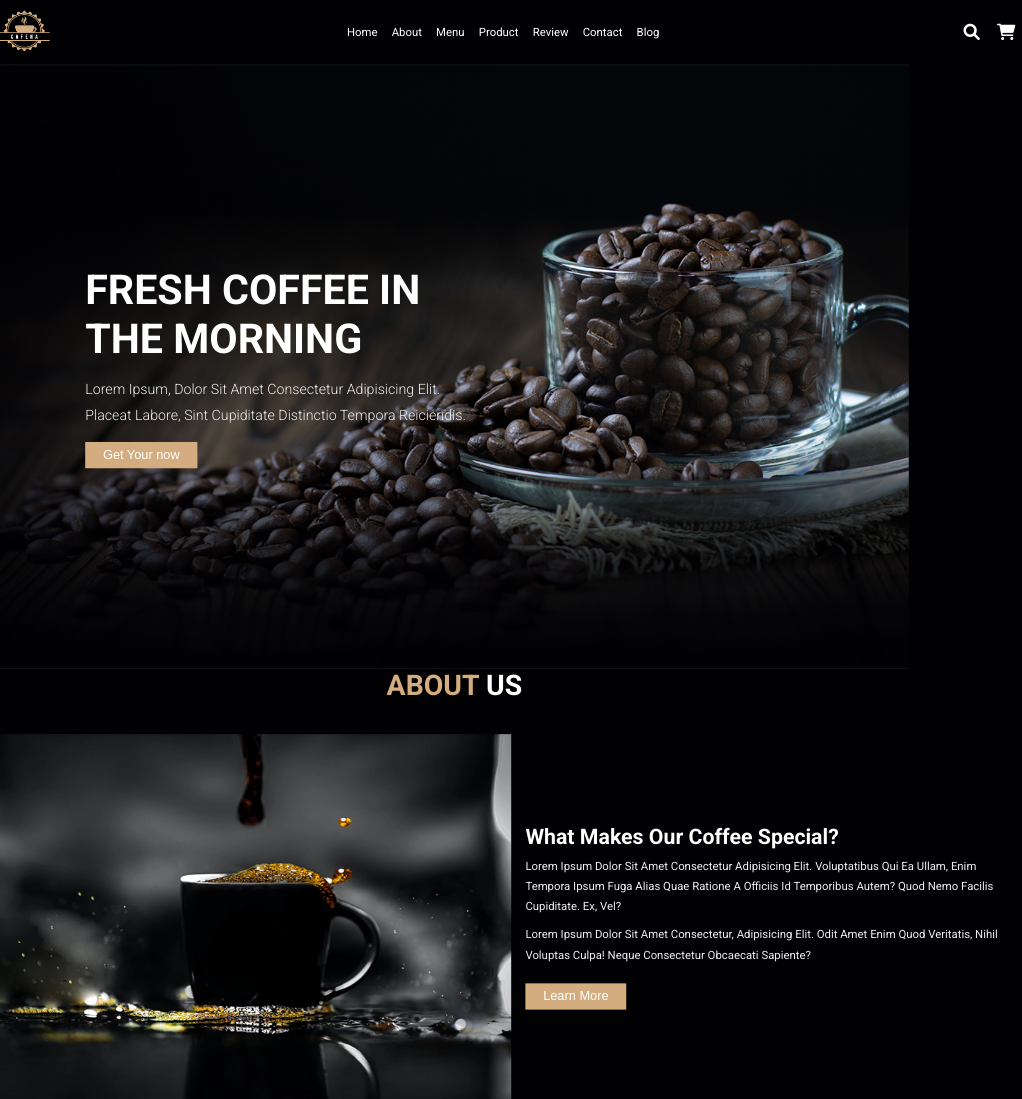
Repository: Dinhthai303/DinhThai
Page: index.html
An editor plug-in stored every save of this project. The page is shown before and after a run of saves, followed by the edit.
The browser window is 1280 px wide. The page is 1440 px wide, so the pictures cover 1440 px, including what lies to the right of the window. The pictures show the whole page, at 71% of full size.

Above is the page before, as saved 2021-11-28 00:27:22.

### index.html
<!DOCTYPE html>
<html lang="en">

<head>
    <meta charset="UTF-8">
    <meta http-equiv="X-UA-Compatible" content="IE=edge">
    <meta name="viewport" content="width=device-width, initial-scale=1.0">
    <title>Document</title>
    <!-- FONT AWESOME -->
    <link rel="stylesheet" href="https://cdnjs.cloudflare.com/ajax/libs/font-awesome/6.0.0-beta3/css/all.min.css"
        integrity="sha512-Fo3rlrZj/k7ujTnHg4CGR2D7kSs0v4LLanw2qksYuRlEzO+tcaEPQogQ0KaoGN26/zrn20ImR1DfuLWnOo7aBA=="
        crossorigin="anonymous" referrerpolicy="no-referrer" />
    <!-- GOOLE FONT -->
    <link rel="preconnect" href="https://fonts.googleapis.com">
    <link rel="preconnect" href="https://fonts.gstatic.com" crossorigin>
    <link href="https://fonts.googleapis.com/css2?family=Roboto:wght@300;400;500;700&display=swap" rel="stylesheet">
    <!-- MAIN CSS -->
    <link rel="stylesheet" href="./css/style.css">
</head>

<body>
    <header class="header">
        <div class="container">
            <div class="header__content">
                <div class="header__logo">
                    <img src="./images/logo.png" alt="">
                </div>
                <ul class="header__menu">
                    <li class="header__item"><a class="header__link" href="#">Home</a></li>
                    <li class="header__item"><a class="header__link" href="#">About</a></li>
                    <li class="header__item"><a class="header__link" href="#">Menu</a></li>
                    <li class="header__item"><a class="header__link" href="#">Product</a></li>
                    <li class="header__item"><a class="header__link" href="#">Review</a></li>
                    <li class="header__item"><a class="header__link" href="#">Contact</a></li>
                    <li class="header__item"><a class="header__link" href="#">Blog</a></li>
                </ul>
                <div class="header__icon">
                    <i class="fa fa-search"></i>
                    <i class="fa fa-shopping-cart"></i>
                </div>
            </div>
        </div>
    </header>
    <section class="banner">
        <div class="banner__content">
            <img class="banner__image" src="./images/home-img.jpeg" alt="">
            <div class="banner__text">
                <h3 class="banner__title">FRESH COFFEE IN THE MORNING</h3>
                <p class="banner__desc">Lorem Ipsum, Dolor Sit Amet Consectetur Adipisicing Elit. Placeat Labore, Sint
                    Cupiditate Distinctio Tempora Reiciendis.</p>
                <button class="btn">Get Your now</button>
            </div>
        </div>
    </section>
    <section class="about">
        <h2 class="heading">About <span>us</span></h2>
        <div class="container">
            <div class="about__content">
                <div class="about__left">
                    <img class="about__image" src="./images/about-img.jpeg" alt="">
                </div>
                <div class="about__right">
                    <div class="about__text">
                        <h2 class="about__title">What Makes Our Coffee Special?</h2>
                        <p class="about__desc">Lorem Ipsum Dolor Sit Amet Consectetur Adipisicing Elit. Voluptatibus Qui
                            Ea Ullam, Enim Tempora Ipsum Fuga Alias Quae Ratione A Officiis Id Temporibus Autem? Quod
                            Nemo Facilis Cupiditate. Ex, Vel?</p>
                        <p class="about__desc">Lorem Ipsum Dolor Sit Amet Consectetur, Adipisicing Elit. Odit Amet Enim
                            Quod Veritatis, Nihil Voluptas Culpa! Neque Consectetur Obcaecati Sapiente?</p>
                        <button class="btn about__button">Learn More</button>
                    </div>
                </div>
            </div>
        </div>
    </section>
    <section class="menu"></section>
    <section class="products"></section>
    <section class="review"></section>
    <section class="contact"></section>
    <section class="blog"></section>
    <footer class="footer"></footer>
</body>

</html>

### css/style.css
*{
    margin: 0;
    padding: 0;
    box-sizing: border-box;
}
body{
    font-family: 'Roboto', sans-serif;
    background-color: #010103;
    font-weight: 400;
}
.heading{
    color: #D3AD7F;
    text-transform: uppercase;
    font-size: 40px;
    text-align: center;
    margin-bottom: 45px;
}
.heading span{
    color: white;
}
.container{
    width: 1440px;
    margin: 0 auto;
}
.header{
    background-color: #010103;
    border-bottom: 1px solid #4D4E4F;
}
.header__content{
    display: flex;
    justify-content: space-between;
    align-items: center;
    background-color: #010103;
    padding: 15px 0;
}
.header__menu{
    display: flex;
    list-style: none;
    gap: 20px;
}
.header__item:hover .header__link{
    color: #D3AD7F;
}
.header__item:hover .header__link::after{
    opacity: 1;
    transform: translateY(7px);
}
.header__link::after{
    content: "";
    width: 100%;
    height: 2px;
    position: absolute;
    left: 0;
    bottom: 0;
    background-color: #D3AD7F;
    transition: all .5s;
    opacity: 0;
}
.header__link{
    position: relative;
    color: white;
    text-decoration: none;
}
.header__icon i{
    color: white;
    font-size: 23px;
    margin: 0 10px;
    cursor: pointer;
}
.header__icon i:hover{
    color: #D3AD7F;
}
.header__logo img{
    width: 70px;
}
.banner__content{
    position: relative;
    width: 100%;
    height: 850px;
}
.banner__image{
    width: 100%;
    height: 100%;
    object-fit: cover;
}
.banner__text{
    position: absolute;
    top: 50%;
    left: 120px;
    transform: translateY(-50%);
    width: 570px;
}
.banner__title{
    font-size: 58px;
    color: white;
}
.banner__desc{
    font-size: 20px;
    color: rgb(238, 238, 238);
    font-weight: lighter;
    line-height: 1.8;
    margin: 20px 0;
}
.btn{
    background-color: #D3AD7F;
    border: none;
    color: white;
    padding: 8px 25px;
    font-size: 18px;
}

.about__image{
    width: 100%;
    display: block;
}
.about__left, .about__right{
    width: 50%;
}
.about__content{
    display: flex;
}
.about__title{
    color: white;
    font-size: 30px;
}
.about__right{
    display: flex;
    align-items: center;
}
.about__desc{
    color: rgb(238, 238, 238);
    margin-top: 10px;
    line-height: 1.8;
}
.about__button{
    margin-top: 25px;
}
.about__text{
    margin-left: 20px;
}

After the next 2 saves:
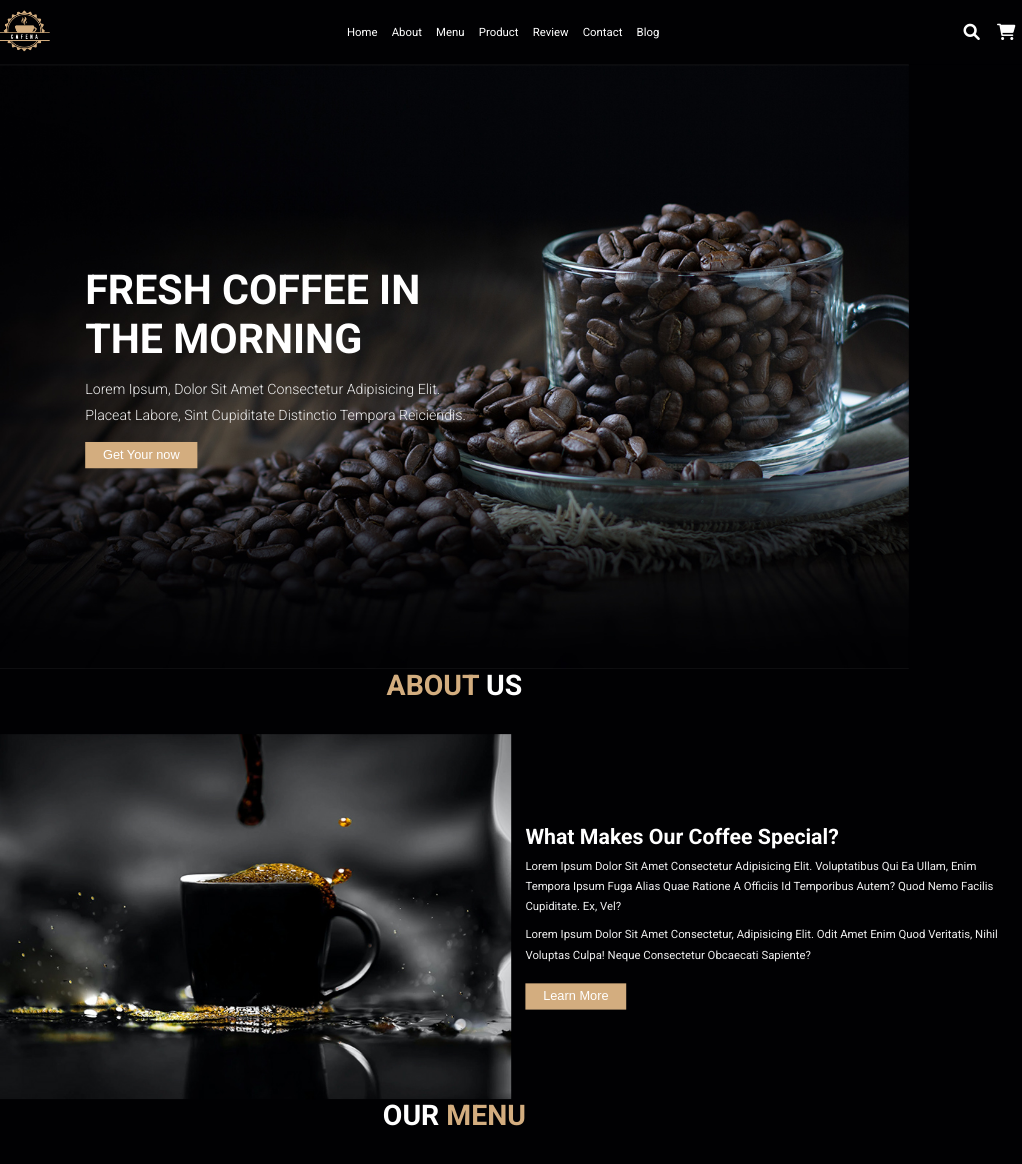
The 2 saves are shown as one change because they came seconds apart.
The last was saved 52 s later.
--- a/index.html
+++ b/index.html
@@ -73,7 +73,9 @@
             </div>
         </div>
     </section>
-    <section class="menu"></section>
+    <section class="menu">
+        <h2 class="heading"><span>our</span> menu</h2>
+    </section>
     <section class="products"></section>
     <section class="review"></section>
     <section class="contact"></section>
